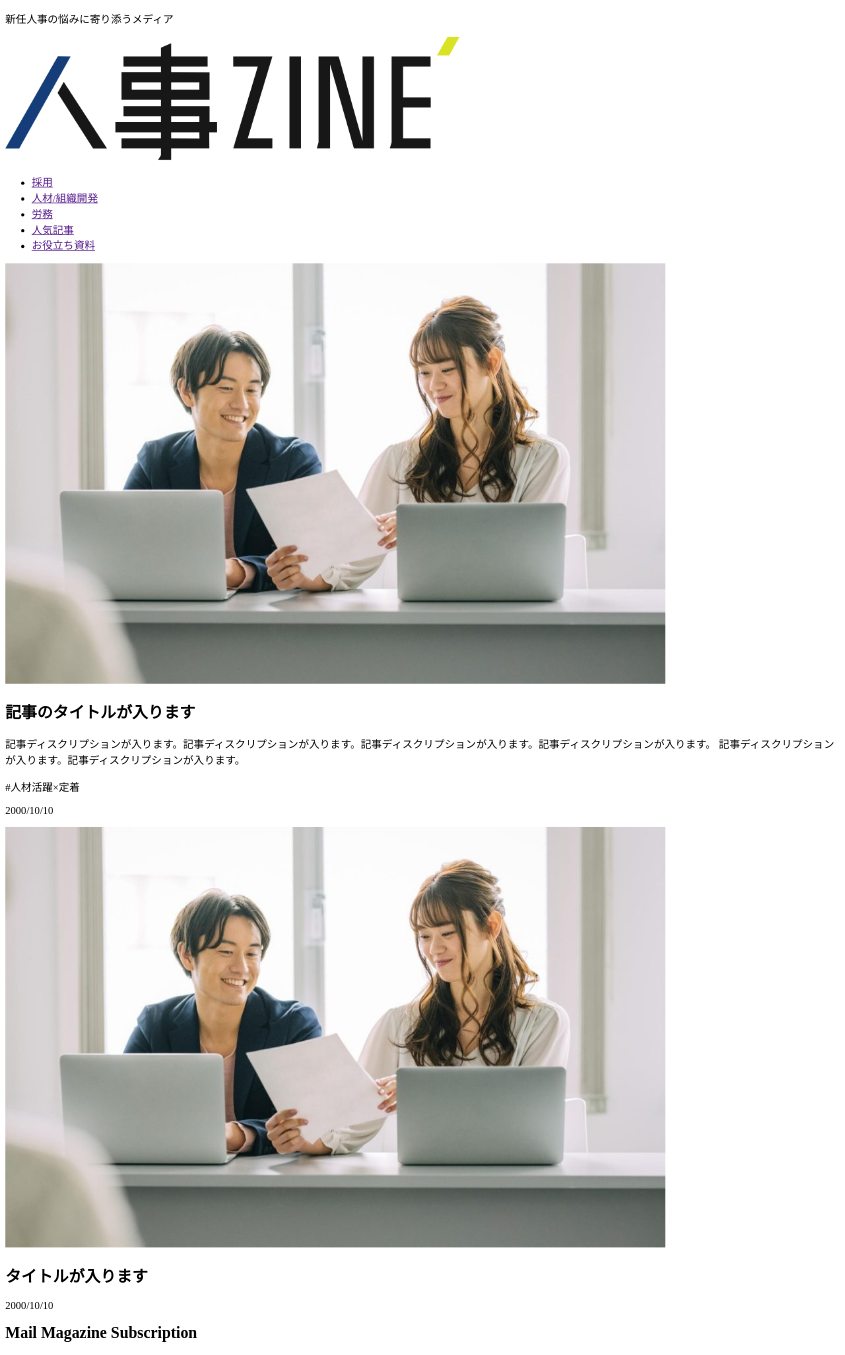
Repository: daisukey623/WpPractice
Page: index.html
These files come from the project's save history. The page is drawn as it stood at one moment and after a run of saves; the edit follows.
The browser window is 1280 px wide. The pictures show the whole page, at 66% of full size.

Above is the page before, as saved 2021-09-21 21:53:17.

### index.html
<!DOCTYPE html>
<html lang="en">
  <head>
    <meta charset="UTF-8" />
    <meta http-equiv="X-UA-Compatible" content="IE=edge" />
    <meta name="viewport" content="width=device-width, initial-scale=1.0" />
    <title>Document</title>
  </head>
  <body>
    <header>
      <div>
        <p>新任人事の悩みに寄り添うメディア</p>
        <img src="/img/logo_black.png" alt="ロゴ" />
      </div>
      <nav>
        <ul>
          <li><a href="">採用</a></li>
          <li><a href="">人材/組織開発</a></li>
          <li><a href="">労務</a></li>
          <li><a href="">人気記事</a></li>
          <li><a href="">お役立ち資料</a></li>
        </ul>
      </nav>
      <menu></menu>
    </header>
    <main>
      <article>
        <div>
          <img src="/img/eyecatch.jpg" alt="アイキャッチ">
          <h2>記事のタイトルが入ります</h2>
          <p>
            記事ディスクリプションが入ります。記事ディスクリプションが入ります。記事ディスクリプションが入ります。記事ディスクリプションが入ります。
            記事ディスクリプションが入ります。記事ディスクリプションが入ります。
          </p>
          <p>
            #人材活躍×定着
          </p>
          <p>
            2000/10/10
          </p>
        </div>
      </article>
    </main>
    <aside>
      <article>
        <div>
          <img src="/img/eyecatch.jpg" alt="">
          <h2>タイトルが入ります</h2>
          <p>
            2000/10/10
          </p>
        </div>
      </article>
    </aside>
    <footer>
      <h2>Mail Magazine Subscription</h2>
    </footer>
  </body>
</html>

After the next 2 saves:
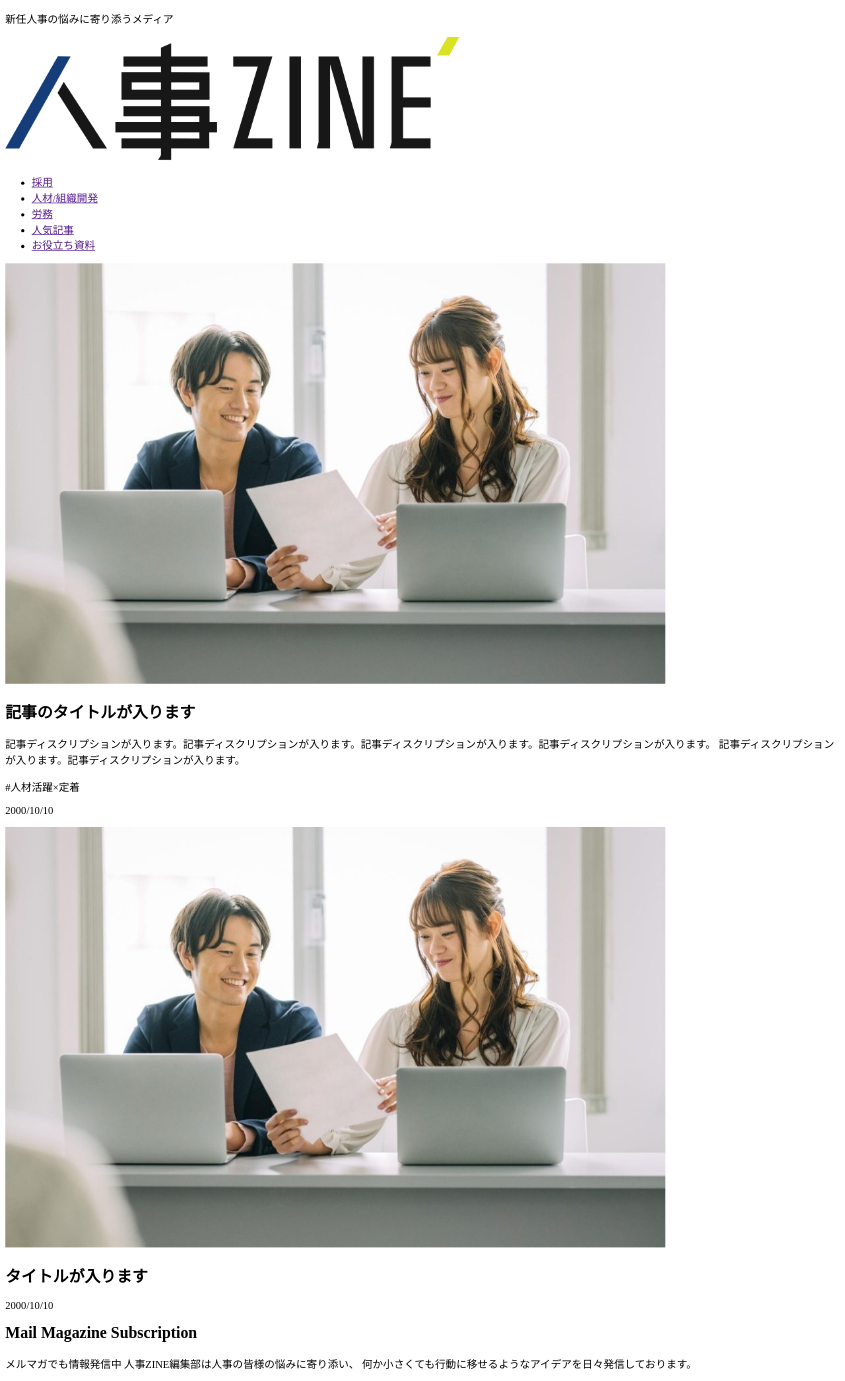
The 2 saves are shown as one change because they came seconds apart.
The last was saved 11 s later.
--- a/index.html
+++ b/index.html
@@ -54,6 +54,9 @@
     </aside>
     <footer>
       <h2>Mail Magazine Subscription</h2>
+      <p>メルマガでも情報発信中
+        人事ZINE編集部は人事の皆様の悩みに寄り添い、
+        何か小さくても行動に移せるようなアイデアを日々発信しております。</p>
     </footer>
   </body>
 </html>
